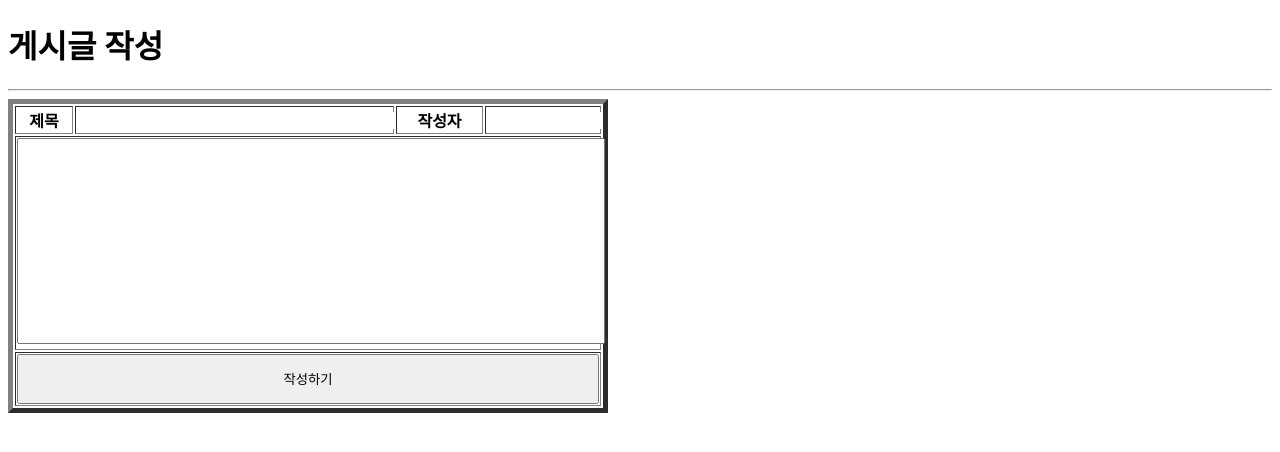
Repository: bbookk1104/spring-workspace
Page: http://localhost/02_SpringMVC_CRUD/boardWriteFrm.do
These files come from the project's save history. The page is drawn as it stood at one moment and after the next save; the edit follows.
The browser window is 1280 px wide. The pictures show the whole page.
The page is served by Tomcat 9. Other server files are loaded and not shown.

Above is the page before, as saved 2022-10-04 05:29:53.

### 02_SpringMVC_CRUD/src/main/webapp/WEB-INF/views/board/boardWriteFrm.jsp
<%@ page language="java" contentType="text/html; charset=UTF-8"
    pageEncoding="UTF-8"%>
<!DOCTYPE html>
<html>
<head>
<meta charset="UTF-8">
<title>Insert title here</title>
</head>
<body>
	<h1>게시글 작성</h1>
	<hr>
	<form action="/boardWrite.do" method="post">
		<table style="width:600px" border=5>
			<tr>
				<th style="width:10%">제목</th>
				<td style="width:55%">
					<input type="text" name="boardTitle" style="width:100%; border:none;">
				</td>
				<th style="width:15%">작성자</th>
				<td style="width:20%">
					<input type="text" name="boardWriter" value="${memberId }" style="width:100%; border:none;" readonly>
				</td>
			</tr>
			<tr>
				<td colspan="4">
					<textarea name="boardContent" style="width:100%; resize:none; height:200px"></textarea>
				</td>
			</tr>
			<tr>
				<td colspan="4">
					<input type="submit" value="작성하기" style="width:100%; height:50px">
				</td>
			</tr>
		</table>
	</form>
</body>
</html>

After the next save:
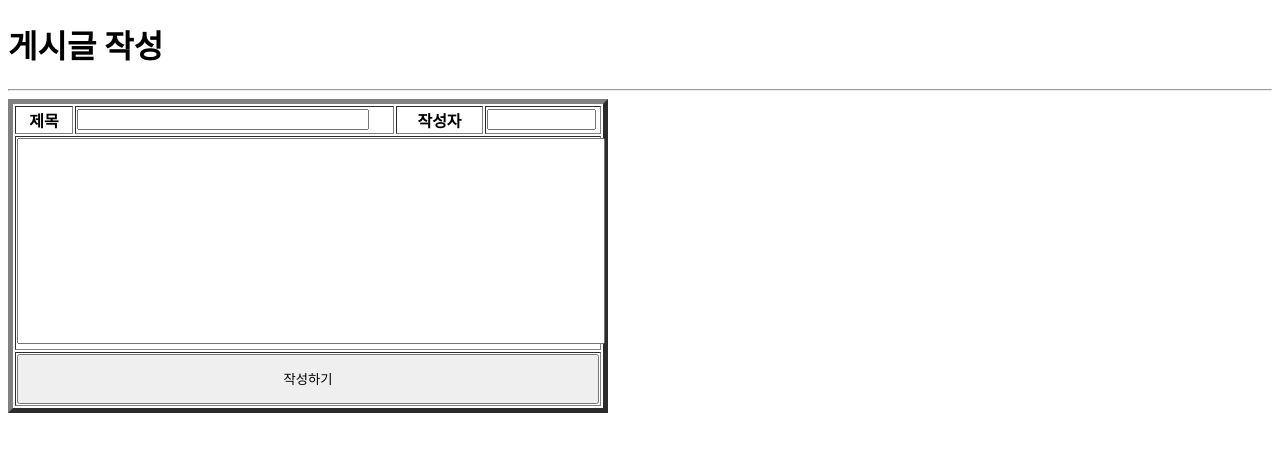
Saved 15 s later.
--- a/02_SpringMVC_CRUD/src/main/webapp/WEB-INF/views/board/boardWriteFrm.jsp
+++ b/02_SpringMVC_CRUD/src/main/webapp/WEB-INF/views/board/boardWriteFrm.jsp
@@ -14,11 +14,11 @@
 			<tr>
 				<th style="width:10%">제목</th>
 				<td style="width:55%">
-					<input type="text" name="boardTitle" style="width:100%; border:none;">
+					<input type="text" name="boardTitle" style="width:90%">
 				</td>
 				<th style="width:15%">작성자</th>
 				<td style="width:20%">
-					<input type="text" name="boardWriter" value="${memberId }" style="width:100%; border:none;" readonly>
+					<input type="text" name="boardWriter" value="${memberId }" style="width:90%" readonly>
 				</td>
 			</tr>
 			<tr>
